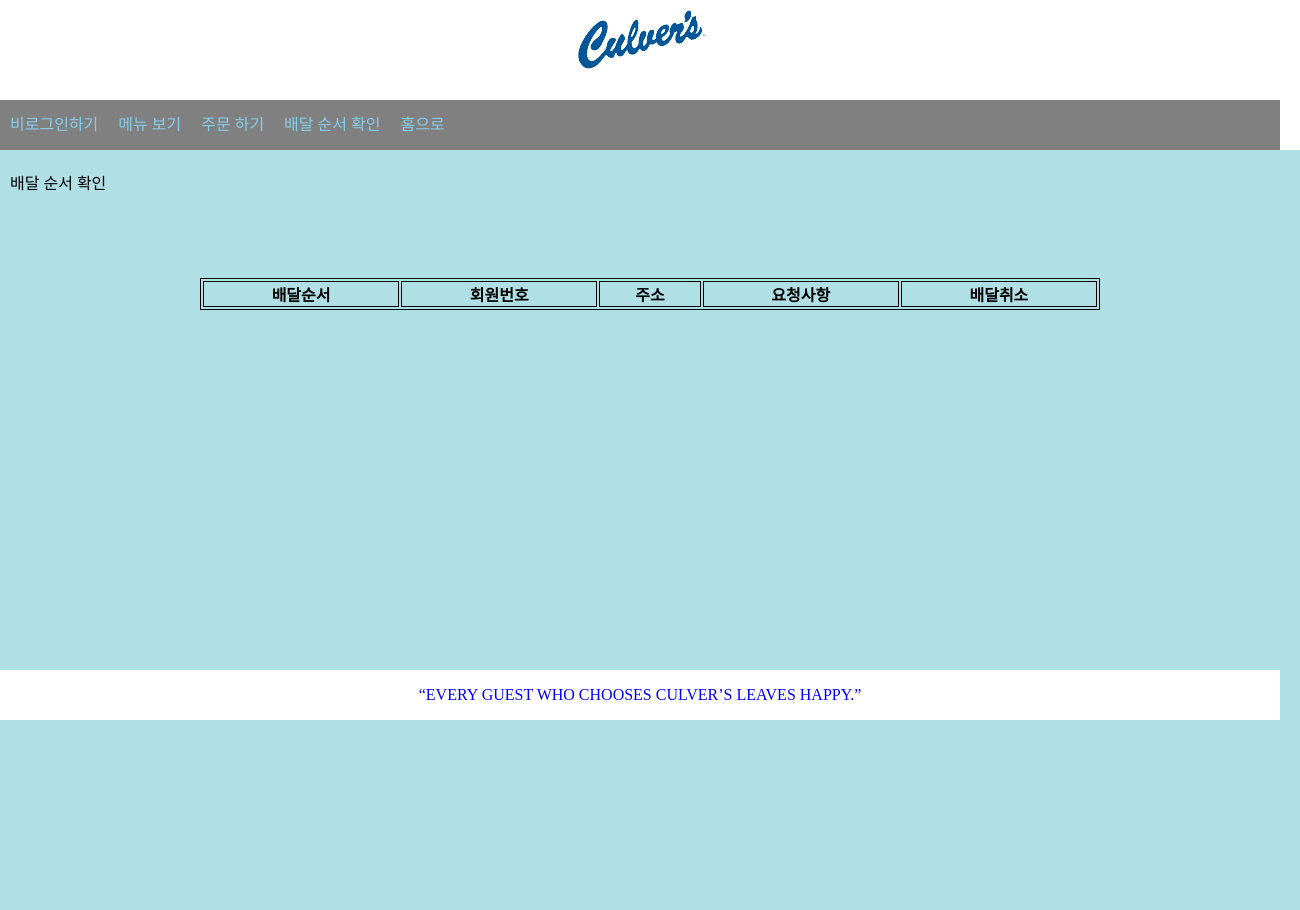
Repository: andy981217/culvers
Page: http://localhost/Culvers/check
These files come from the project's save history. The page is drawn as it stood at one moment and after the next save; the edit follows.
The browser window is 1280 px wide. The page is 1300 px wide, so the pictures cover 1300 px, including what lies to the right of the window. The pictures show the whole page.
The page is served by Tomcat 9. Other server files are loaded and not shown. Queries for data that is not in the repository find no rows.

Above is the page before, as saved 2022-12-29 08:44:04.

### Culvers/src/main/webapp/orderList.jsp
<%@ page language="java" contentType="text/html; charset=UTF-8"
    pageEncoding="UTF-8"%>
<%@ page import ="java.util.*"%>
<%@ page import = "DTO.Delivery" %>
 <%
request.setCharacterEncoding("UTF-8");
ArrayList<Delivery> list = new ArrayList<Delivery>();
list = (ArrayList<Delivery>) request.getAttribute("list");
%>
<!DOCTYPE html>
<html>
<head>
<meta charset="UTF-8">
<title>Insert title here</title>
<link href="style.css" rel="stylesheet">
</head>
<body>
	<%@ include file="topmenu.jsp" %>
	<section>
		<div class="title">배달 순서 확인</div>
		<div class= "wrapper">
			<table style="width:900px">
				<tr>
					<th>배달순서</th>
					<th>회원번호</th>
					<th>주소</th>
					<th>요청사항</th>
					<th>배달취소</th>
				</tr>
 				<%
				for (Delivery d : list){
				%>
				<tr>
					<td><a href="modify?order_no=<%=d.getOrder_no()%>"><%=d.getOrder_no()%></a></td>
					<td><%=d.getCustno()%></td>
					<td><%=d.getAddress()%></td>
					<td><%=d.getReq() %></td>
					<td><a href="delete?order_no=<%=d.getOrder_no()%>">Delete</a></td>
				</tr>
				<%
				}
				%>
			</table>
		</div>
	</section>
	<%@ include file="footer.jsp" %>
</body>
</html>

### Culvers/src/main/webapp/topmenu.jsp
<%@ page language="java" contentType="text/html; charset=UTF-8"
    pageEncoding="UTF-8"%>
<!DOCTYPE html>
<html>
<head>
<meta charset="UTF-8">
<title>Insert title here</title>
</head>
<body>
	<header>
		<a><img src="./images/logo.png"   ></a>
	</header>
	<nav>
		<ul>
			<li> <a href="add">비로그인하기</a></li>
			<li> <a href="list">메뉴 보기</a></li>
			<li> <a href="order">주문 하기</a></li>
			<li> <a href="check">배달 순서 확인</a></li>
			<li> <a href="main">홈으로</a></li>
		</ul>
	</nav>
</body>
<link href="style.css" rel="stylesheet" type="text/css">
</html>

### Culvers/src/main/webapp/footer.jsp
<%@ page language="java" contentType="text/html; charset=UTF-8"
    pageEncoding="UTF-8"%>
<!DOCTYPE html>
<html>
<head>
<meta charset="UTF-8">
<title>Insert title here</title>
</head>
<body>
	<footer>
		“EVERY GUEST WHO CHOOSES CULVER’S LEAVES HAPPY.”
	</footer>
</body>
<link href="style.css" rel="stylesheet" type="text/css">
</html>

### Culvers/src/main/java/controller/DeliveryController.java
package controller;

import java.io.IOException;
import java.io.PrintWriter;

import javax.servlet.ServletException;
import javax.servlet.annotation.WebServlet;
import javax.servlet.http.HttpServlet;
import javax.servlet.http.HttpServletRequest;
import javax.servlet.http.HttpServletResponse;

import DAO.LoginDAO;

@WebServlet("/")
public class DeliveryController extends HttpServlet {
	private static final long serialVersionUID = 1L;

	public DeliveryController() {
		super();
	}

	protected void doGet(HttpServletRequest request, HttpServletResponse response)
			throws ServletException, IOException {
		doPro(request, response);
	}

	protected void doPost(HttpServletRequest request, HttpServletResponse response)
			throws ServletException, IOException {
		request.setCharacterEncoding("UTF-8");
		doPro(request, response);
	}

	protected void doPro(HttpServletRequest request, HttpServletResponse response)
			throws ServletException, IOException {
		request.setCharacterEncoding("UTF-8");
		String context = request.getContentType();
		String command = request.getServletPath();
		String site = null;

		LoginDAO login = new LoginDAO();

		switch (command) {
		case "/add":
			site = login.nextCustno(request, response);
			break;
		case "/insertLog":
			site = login.insertLog(request, response);
			break;
		case "/list":
			site = "list.jsp";
			break;
		case "/order":
			site = login.nextOrder(request,response);
			break;

		 case "/orderMenu":
			 site = login.orderMenu(request, response);
			 break;
		 case "/check":
			 site = login.selectAll(request, response);
			 break;
		 case "/modify":
			 site = login.modify(request,response);
			 break;
		 case "/main":
			 site = "index.jsp";
			 break;

		 case "/update":
			 int result1 = login.update(request, response);
			 response.setContentType("text/html; charset=UTF-8");
			 PrintWriter out = response.getWriter();

			 if(result1 ==1) {
				 out.println("<script>");
				 out.print("alert('주문 수정이 완로 되었습니다.'); location.href='main';");
				 out.println("</script>");
				 out.flush();
			 }else {
				 out.println("<script>");
				 out.print("alert('수정실패!'); location.href='main';");
				 out.println("</script>");
				 out.flush();
			 }
			break;
		 case "/delete":
			 int result2 = login.delete(request, response);
			 response.setContentType("text/html; charset=UTF-8");
			 out = response.getWriter();
			 if(result2 ==1) {
				 out.println("<script>");
				 out.print("alert('주문삭제가 되었습니다.'); location.href='main';");
				 out.println("</script>");
				 out.flush();
			 }else {
				 out.println("<script>");
				 out.print("alert('주문 삭제 실패!'); location.href='main';");
				 out.println("</script>");
				 out.flush();
			 }
			 break;
			 }



		getServletContext().getRequestDispatcher("/" + site).forward(request, response);
	}
}

### Culvers/src/main/java/DAO/LoginDAO.java
package DAO;

import java.io.IOException;
import java.sql.Connection;
import java.sql.DriverManager;
import java.sql.PreparedStatement;
import java.sql.ResultSet;
import java.util.ArrayList;

import javax.servlet.ServletException;
import javax.servlet.http.HttpServletRequest;
import javax.servlet.http.HttpServletResponse;

import DTO.Delivery;

public class LoginDAO {
	Connection conn = null;
	PreparedStatement ps = null;
	ResultSet rs = null;

	// 데이터 베이스 연결
	public static Connection getConnection() throws Exception {
		Class.forName("oracle.jdbc.OracleDriver");
		Connection con = DriverManager.getConnection("jdbc:oracle:thin:@//localhost:1521/xe", "test", "test1234");
		return con;
	}

	public String insertLog(HttpServletRequest request, HttpServletResponse response)
			throws ServletException, IOException {
		int custno = Integer.parseInt(request.getParameter("custno"));
		String name = request.getParameter("name");
		String phone = request.getParameter("phone");
		int result = 0;

		try {
			conn = getConnection();
			String sql = "insert into login values(?,?,?)";
			ps = conn.prepareStatement(sql);
			ps.setInt(1, custno);
			ps.setString(2, name);
			ps.setString(3, phone);

			result = ps.executeUpdate();
			conn.close();
			ps.close();
		} catch (Exception e) {
			e.printStackTrace();
		}
		return "list.jsp";

	}

	public String nextCustno(HttpServletRequest request, HttpServletResponse response)
			throws ServletException, IOException {
		try {
			conn = getConnection();
			String sql = "select max(custno)+1 custno from login";
			ps = conn.prepareStatement(sql);
			rs = ps.executeQuery();
			int custno = 0;
			if (rs.next())
				custno = rs.getInt(1);

			request.setAttribute("custno", custno);
			conn.close();
			ps.close();
			rs.close();

		} catch (Exception e) {
			e.printStackTrace();
		}
		return "login.jsp";
	}

	public String nextOrder(HttpServletRequest request, HttpServletResponse response)
			throws ServletException, IOException {
		try {
			conn = getConnection();
			String sql = "select max(order_no)+1 order_no from delivery ";
			ps = conn.prepareStatement(sql);
			rs = ps.executeQuery();
			int order_no = 0;
			if (rs.next())
				order_no = rs.getInt(1);

			request.setAttribute("order_no", order_no);
			conn.close();
			ps.close();
			rs.close();
		} catch (Exception e) {
			e.printStackTrace();
		}
		return "order.jsp";
	}

	public String orderMenu(HttpServletRequest request, HttpServletResponse response)
			throws ServletException, IOException {
		int order_no = Integer.parseInt(request.getParameter("order_no"));
		int custno = Integer.parseInt(request.getParameter("custno"));
		String menu1 = request.getParameter("menu1");
		String menu2 = request.getParameter("menu2");
		String menu3 = request.getParameter("menu3");
		String address = request.getParameter("address");
		String req = request.getParameter("req");
		int result = 0;

		try {
			conn = getConnection();
			String sql = "insert into delivery values(?,?,?,?,?,?,?) ";
			ps = conn.prepareStatement(sql);
			ps.setInt(1, order_no);
			ps.setInt(2, custno);
			ps.setString(3, menu1);
			ps.setString(4, menu2);
			ps.setString(5, menu3);
			ps.setString(6, address);
			ps.setString(7, req);

			result = ps.executeUpdate();

			conn.close();
			ps.close();
			rs.close();

		} catch (Exception e) {
			e.printStackTrace();
		}
		return "index.jsp";
	}

	public String selectAll(HttpServletRequest request, HttpServletResponse response)
			throws ServletException, IOException {
		ArrayList<Delivery> list = new ArrayList<Delivery>();
		try {
			conn = getConnection();
			String sql = "select order_no, custno, address, req from delivery order by order_no ";

			ps = conn.prepareStatement(sql);
			rs = ps.executeQuery();

			while (rs.next()) {
				Delivery delivery = new Delivery();
				delivery.setOrder_no(rs.getInt(1));
				delivery.setCustno(rs.getInt(2));
				delivery.setAddress(rs.getString(3));
				delivery.setReq(rs.getString(4));

				list.add(delivery);
			}
			System.out.println(list);
			request.setAttribute("list", list);

			conn.close();
			ps.close();
			rs.close();

		} catch (Exception e) {
			e.printStackTrace();
		}
		return "orderList.jsp";
	}
	public String modify(HttpServletRequest request, HttpServletResponse response) throws ServletException,IOException{
		try {
			conn=getConnection();
			int order_no = Integer.parseInt(request.getParameter("order_no"));
			String sql = "select custno, menu1, menu2, menu3, address, req from delivery where order_no="+ order_no;

			ps = conn.prepareStatement(sql);
			rs = ps.executeQuery();

			Delivery delivery = new Delivery();

			if(rs.next()) {
				delivery.setOrder_no(order_no);
				delivery.setCustno(rs.getInt(1));
				delivery.setMenu1(rs.getString(2));
				delivery.setMenu2(rs.getString(3));
				delivery.setMenu3(rs.getString(4));
				delivery.setAddress(rs.getString(5));
				delivery.setReq(rs.getString(6));
			}
			request.setAttribute("delivery", delivery);


			conn.close();
			ps.close();
			rs.close();

		}catch(Exception e) {
			e.printStackTrace();
		}
		return "modify.jsp";
	}
	public int update(HttpServletRequest request, HttpServletResponse response)  {
		int custno = Integer.parseInt(request.getParameter("custno"));
		String menu1 = request.getParameter("menu1");
		String menu2 = request.getParameter("menu2");
		String menu3 = request.getParameter("menu3");
		String address= request.getParameter("address");
		String req = request.getParameter("req");
		int order_no = Integer.parseInt(request.getParameter("order_no"));

		int result=0;
		try {
		conn= getConnection();
		String sql = "update delivery set custno = ?, menu1 = ?, menu2 = ?, menu3 = ?, address = ?, req = ? ";
			sql += "where order_no = ?";

		ps = conn.prepareStatement(sql);
		ps.setInt(1, custno);
		ps.setString(2, menu1);
		ps.setString(3, menu2);
		ps.setString(4, menu3);
		ps.setString(5, address);
		ps.setString(6, req);
		ps.setInt(7, order_no);

		result = ps.executeUpdate();

		conn.close();
		ps.close();
		rs.close();
		}catch(Exception e) {
			e.printStackTrace();
		}
		return result;
	}
	public int delete(HttpServletRequest request, HttpServletResponse response) {
		int result = 0;
		try {
			conn = getConnection();
			String order_no = request.getParameter("order_no");
			String sql = "delete from delivery where order_no=" + order_no;

			ps = conn.prepareStatement(sql);
			result = ps.executeUpdate();

			conn.close();
			ps.close();
		}catch(Exception e) {
			e.printStackTrace();
		}
		return result;
	}
}

### Culvers/src/main/webapp/style.css
@charset "UTF-8";

*{
	margin:0;
	padding:0;
}
header{
	height:100px;
	line-height:150px;
	width:100%;
	background:white;
	text-align:center;
	font-size:25px;
	color: #fff;
}

/**/

.featured_characters_image ul  li {
	padding : 50px;
	background :red;
 	width : 50px;
    height : 50px;
    float: left;
    margin : 10px;
    list-style: none;
}

.featured_characters_image ul  li img {

}

/**/
nav ul{
	height:50px;
	line-height:50px;
	width:100%;
	background:gray;
	overflow:hidden;
}
nav ul li {
	float: left;
	list-style: none;
	padding: 0 10px;
}

a {
	text-decoration: none;
	color: skyblue;
}
section {
   position: absolute;
   overflow: auto;
   width: 100%;
   height: 100%;
   background: #B0E0E6;;
   padding: 20px 10px;
}
footer {
	position: fixed;
	bottom: 0;
	width: 100%;
	height: 50px;
	line-height: 50px;
	text-align: center;
	background: white;
	color: blue ;

}
.wrapper{
	display:flex;
	justify-content: center;
	align-items: center;
	text-align: cener;
	height:200px;
}
table{
	width: 600px;
}
table, tr, td, th{
	border: 1px solid black;
	text-align: center;
}

After the next save:
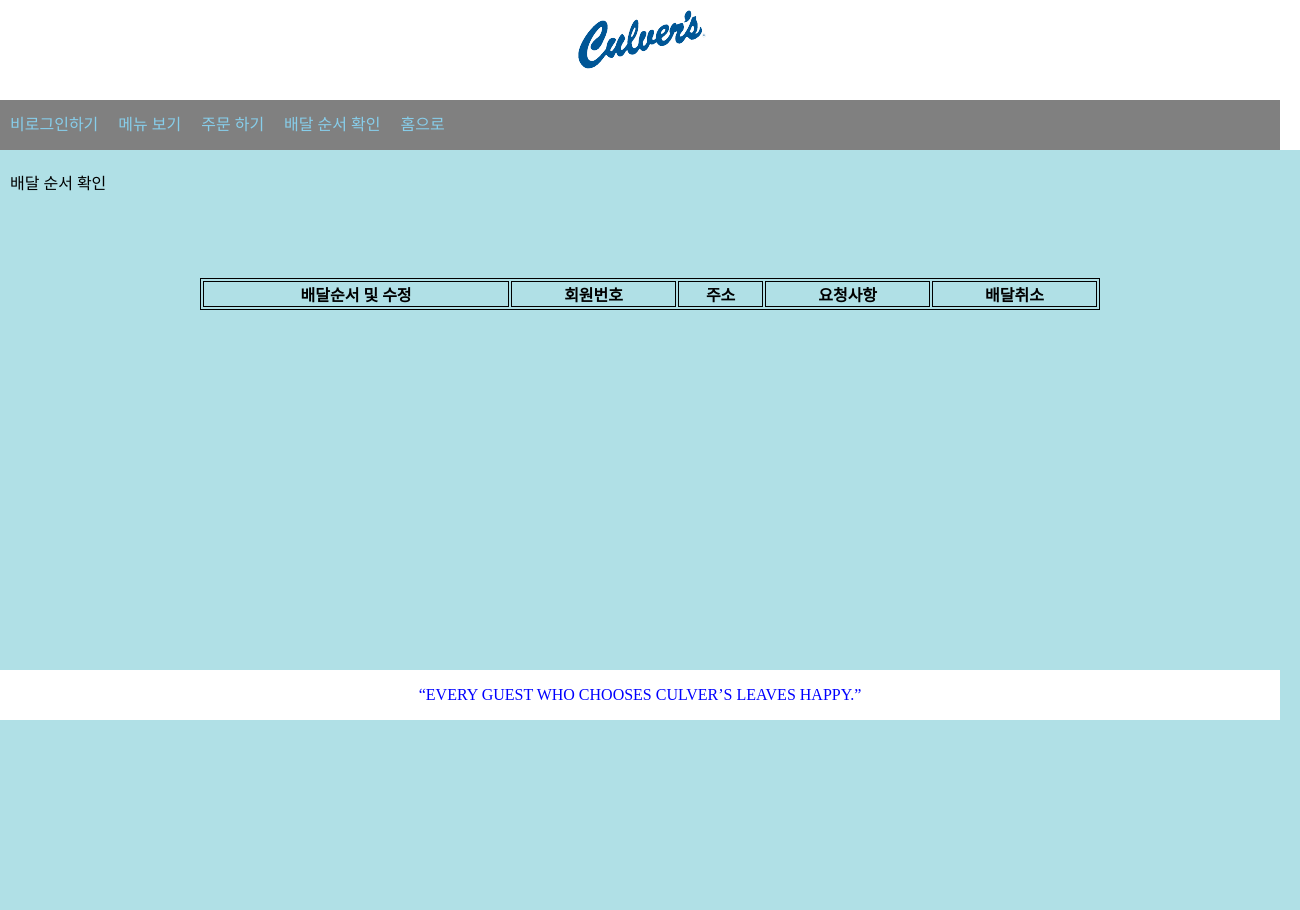
Saved 19 s later.
--- a/Culvers/src/main/webapp/orderList.jsp
+++ b/Culvers/src/main/webapp/orderList.jsp
@@ -21,7 +21,7 @@
 		<div class= "wrapper">
 			<table style="width:900px">
 				<tr>
-					<th>배달순서</th>
+					<th>배달순서 및 수정</th>
 					<th>회원번호</th>
 					<th>주소</th>
 					<th>요청사항</th>
